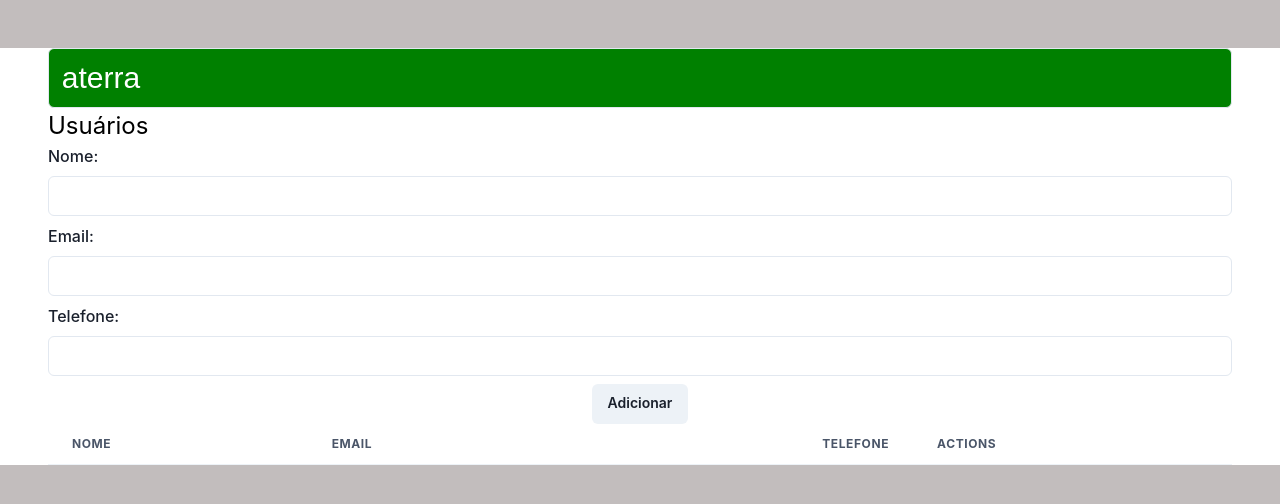
Repository: renan-oliveira93/CRUD-ATERRA
Page: /
An editor plug-in stored every save of this project. The page is shown before and after the next save, followed by the edit.
The browser window is 1280 px wide. The pictures show the whole page.
The page's requests for data from a server got no answer. The project was rebuilt for these pictures with package versions that can differ from the ones it lists, and the page was loaded fresh each time. The framework's server and built-in components were replaced by stand-ins that run in the browser. No one was signed in, and anything a server would have sent is missing. Also part of the build but not shown: next.config.js.

Above is the page before, as saved 2022-02-02 23:30:38.

After the next save:
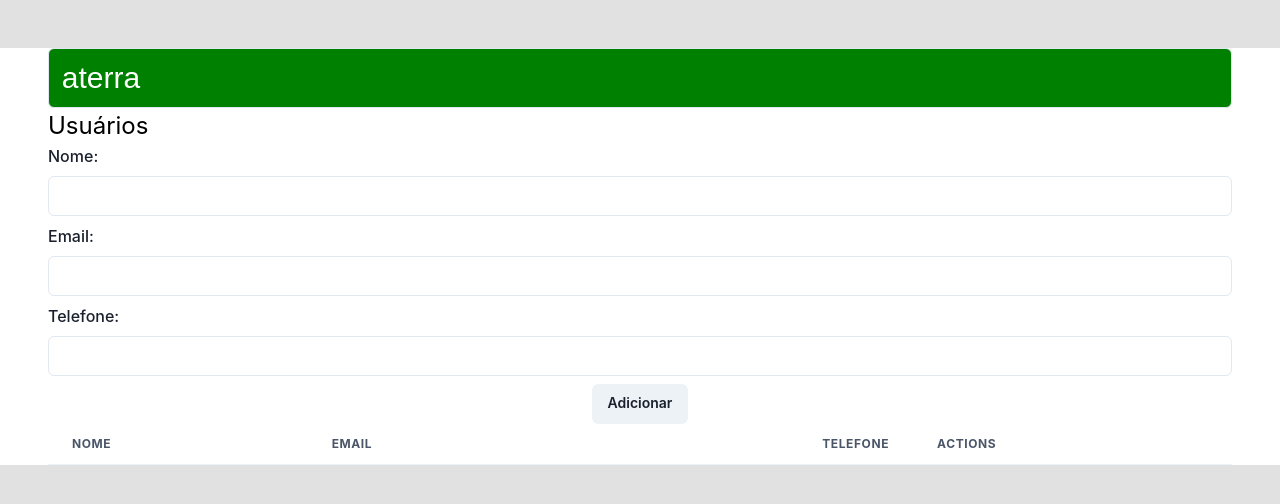
Saved 25 s later.
--- a/styles/globals.css
+++ b/styles/globals.css
@@ -4,7 +4,7 @@ body {
   margin: 0;
   font-family: -apple-system, BlinkMacSystemFont, Segoe UI, Roboto, Oxygen,
     Ubuntu, Cantarell, Fira Sans, Droid Sans, Helvetica Neue, sans-serif;
-  background-color: #c2bdbd;
+  background-color: #e2e1e1;
 }
 
 a {
